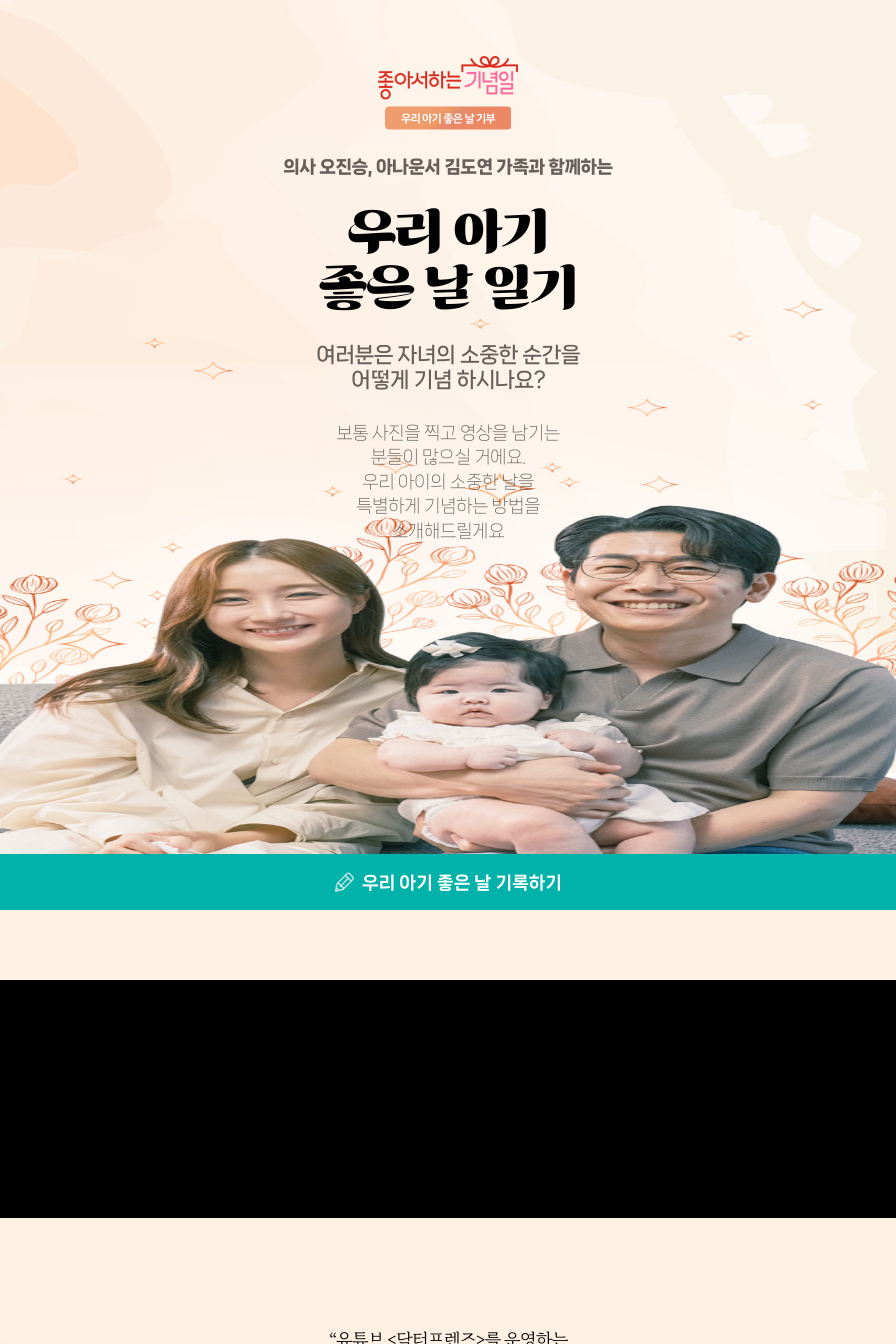
Repository: dlgywls1130/saveTheChildren_2024
Page: index.html
An editor plug-in stored every save of this project. The page is shown before and after the next save, followed by the edit.
The browser window is 1280 px wide. The pictures show the part of the page from y = 0 to 1920 px (the page is 19033 px tall before and 19193 px after), at 70% of full size.
Some web fonts or font styles are not loaded; a fallback is used. The style sheet was rebuilt from its Sass, Less or Tailwind sources for each picture, by a compiler version that may differ from the author's.

Above is the page before, as saved 2024-11-03 23:28:23.

After the next save:
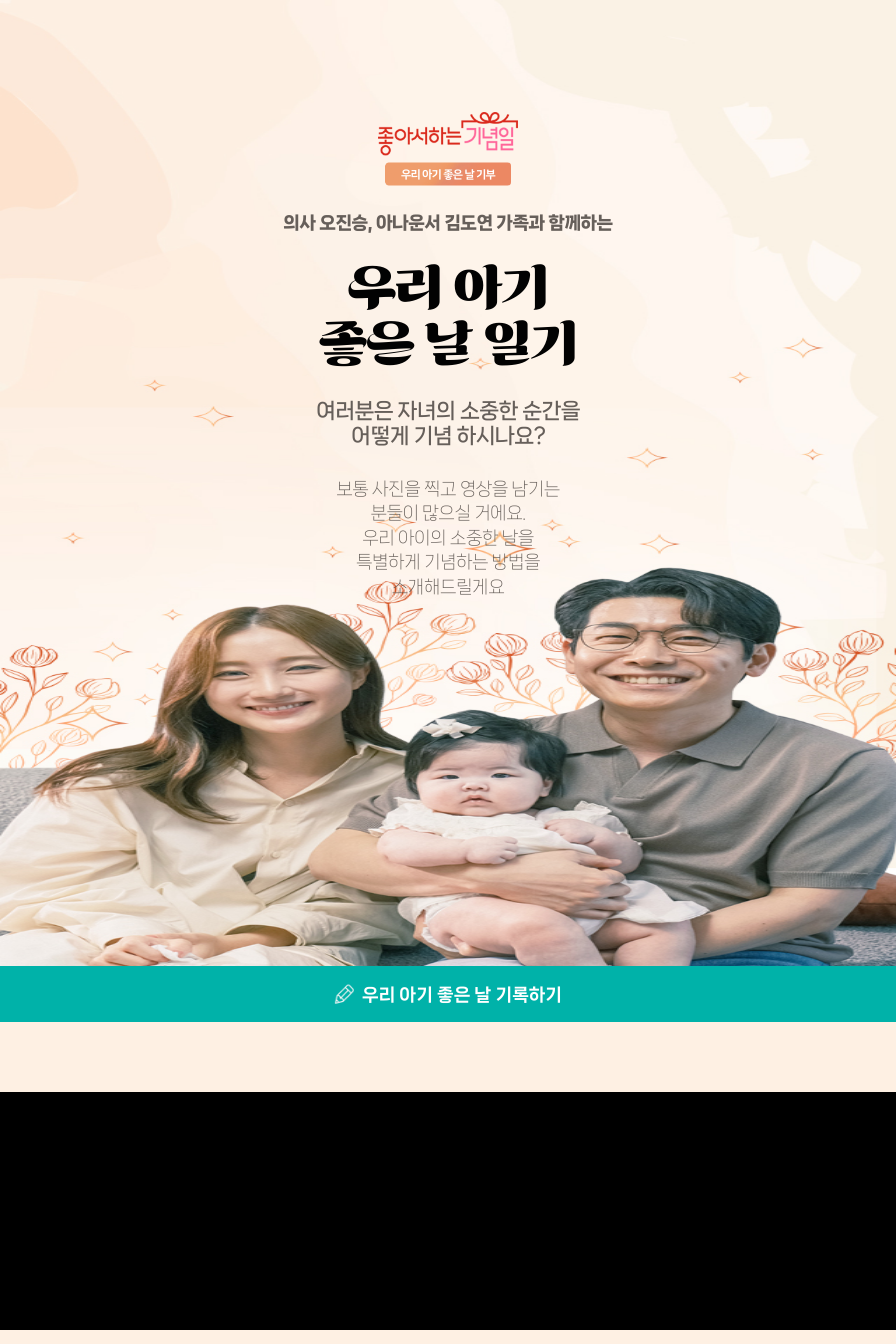
Saved 24 s later.
--- a/index.html
+++ b/index.html
@@ -11,7 +11,7 @@
 <body>
 
     <!-- main -->
-    <section class="main_container">
+    <section class="main_container py-80">
         <div class="container">
             <div class="logo_title mb-40">
                 <img src="./images/logo.png" alt="logo">
